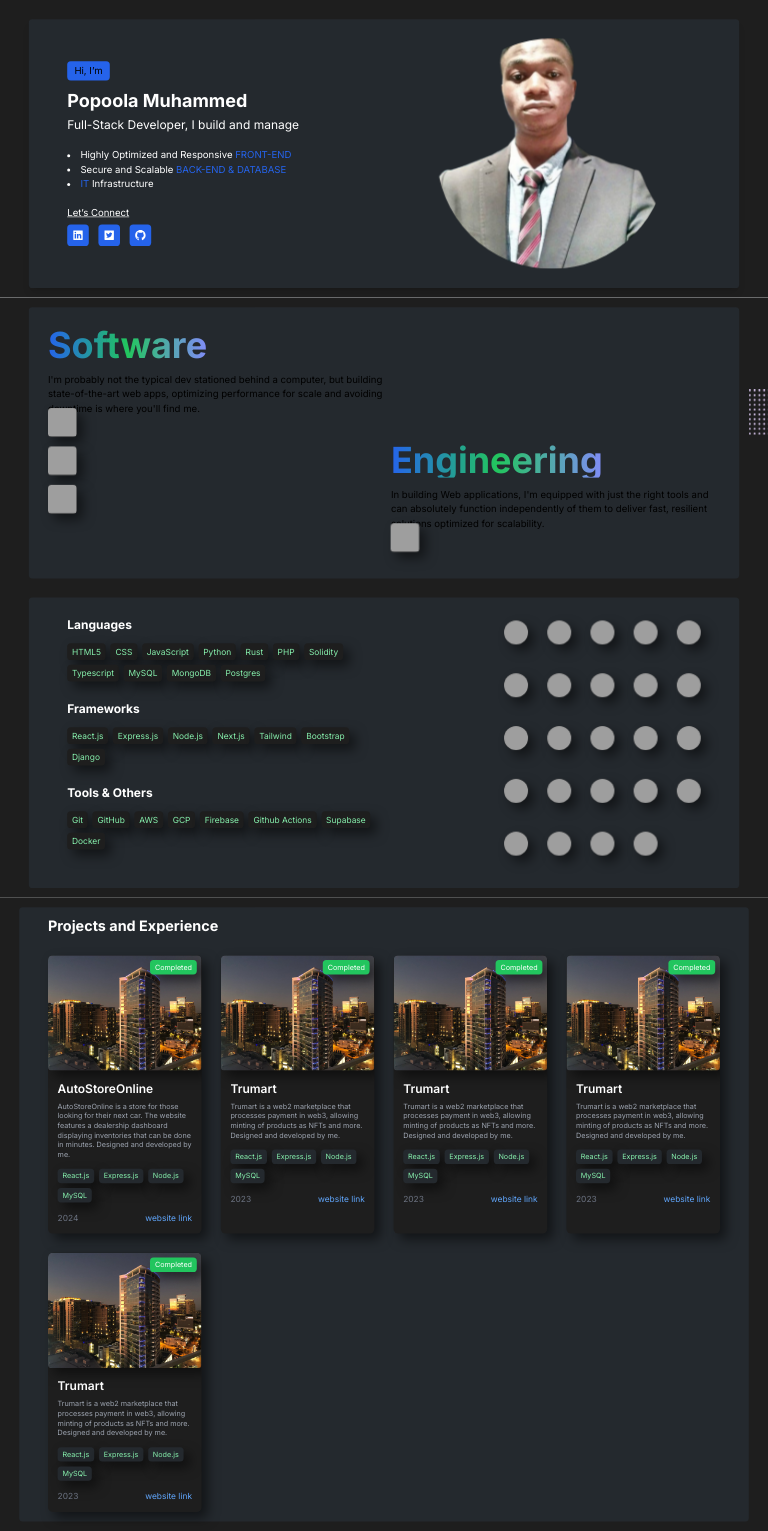
Repository: muhammedctgr/hammedctgr
Page: /
These files come from the project's save history. The page is drawn as it stood at one moment and after a run of saves; the edit follows.
The browser window is 1280 px wide. The pictures show the whole page, at 60% of full size.
Pictures or frames that could not be fetched are drawn as grey boxes. The project was rebuilt for these pictures with package versions that can differ from the ones it lists, and the page was loaded fresh each time. The framework's server and built-in components were replaced by stand-ins that run in the browser. Also part of the build but not shown: next.config.mjs.

Above is the page before, as saved 2024-08-08 21:13:49.

After the next 2 saves:
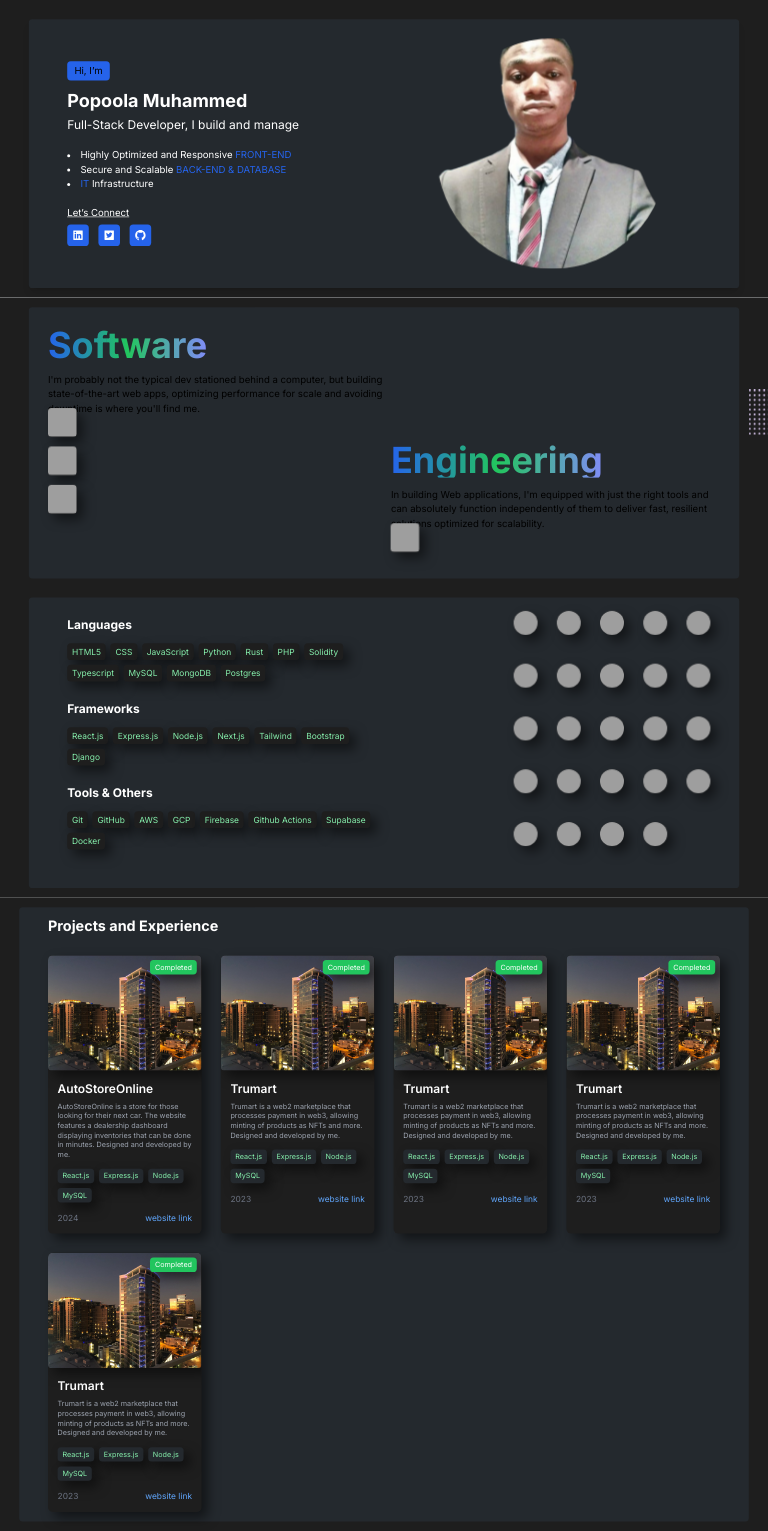
The 2 saves are shown as one change because they came seconds apart.
The last was saved 23 s later.
--- a/components/SkillsSection.tsx
+++ b/components/SkillsSection.tsx
@@ -80,7 +80,7 @@ const SkillsSection: FC = () => {
       ))}
     </div>
     <div className="flex-1 flex flex-col items-center md:items-end">
-      <div className="grid grid-cols-3 md:grid-cols-5 gap-8 p-4 md:p-8">
+      <div className="grid grid-cols-3 md:grid-cols-5 gap-8 p-4 md:p-4">
       <img src="https://cdn.jsdelivr.net/gh/devicons/devicon@latest/icons/html5/html5-original.svg" className="w-8 h-8 md:w-10 md:h-10 lg:w-10 lg:h-10 bg-gptGray rounded-3xl animate-bounce shadow-deep-all mt-4" />
       <img src="https://cdn.jsdelivr.net/gh/devicons/devicon@latest/icons/css3/css3-original.svg" className="w-8 h-8 md:w-10 md:h-10 lg:w-10 lg:h-10 bg-gptGray rounded-3xl animate-bounce shadow-deep-all mt-4" />
       <img src="https://cdn.jsdelivr.net/gh/devicons/devicon@latest/icons/javascript/javascript-original.svg" className="w-8 h-8 md:w-10 md:h-10 lg:w-10 lg:h-10 bg-gptGray rounded-3xl animate-bounce shadow-deep-all mt-4" />
